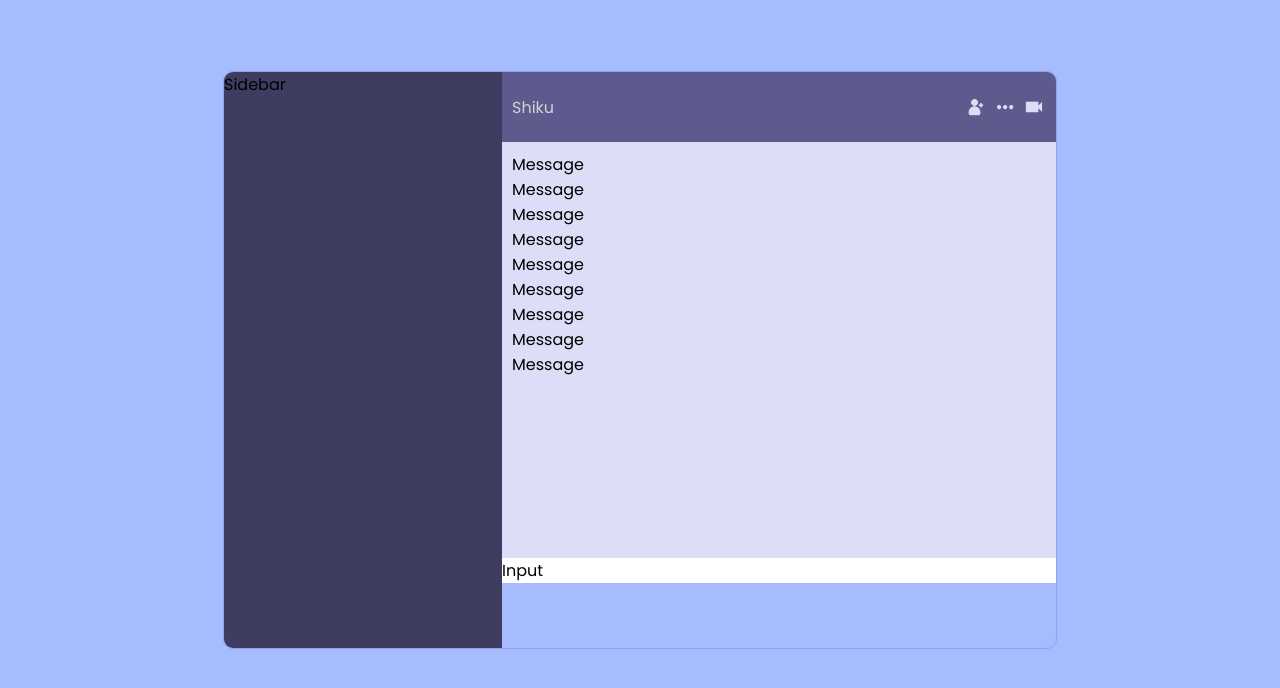
Repository: shikubro90/chatapp
Page: /
These files come from the project's save history. The page is drawn as it stood at one moment and after the next save; the edit follows.
The browser window is 1280 px wide. The pictures show the whole page.
The project was rebuilt for these pictures with package versions that can differ from the ones it lists, and the page was loaded fresh each time. Also part of the build but not shown: src/pages/Login.jsx, src/pages/Register.jsx.

Above is the page before, as saved 2022-09-14 20:20:17.

After the next save:
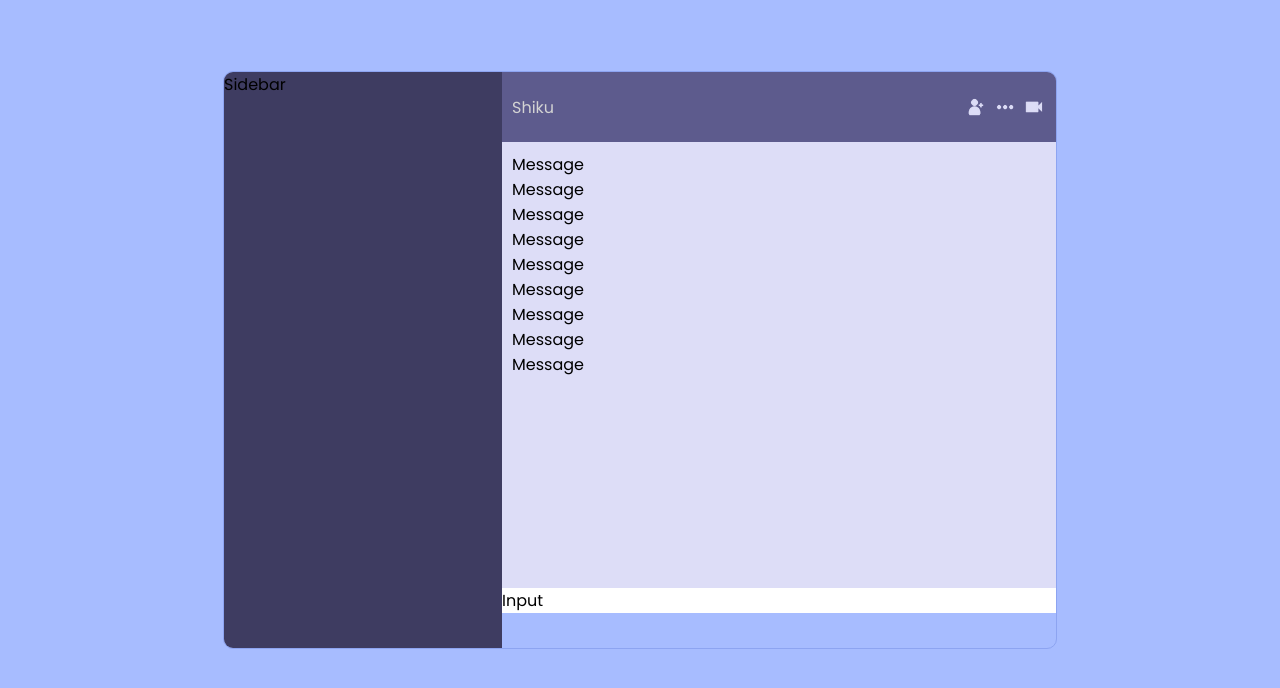
Saved 8 s later.
--- a/src/style.scss
+++ b/src/style.scss
@@ -230,7 +230,7 @@
             .messages{
                 background: #ddddf7;
                 padding: 10px;
-                height: calc(100% - 180px);
+                height: calc(100% - 150px);
             }
             .input{
                 background: white;
